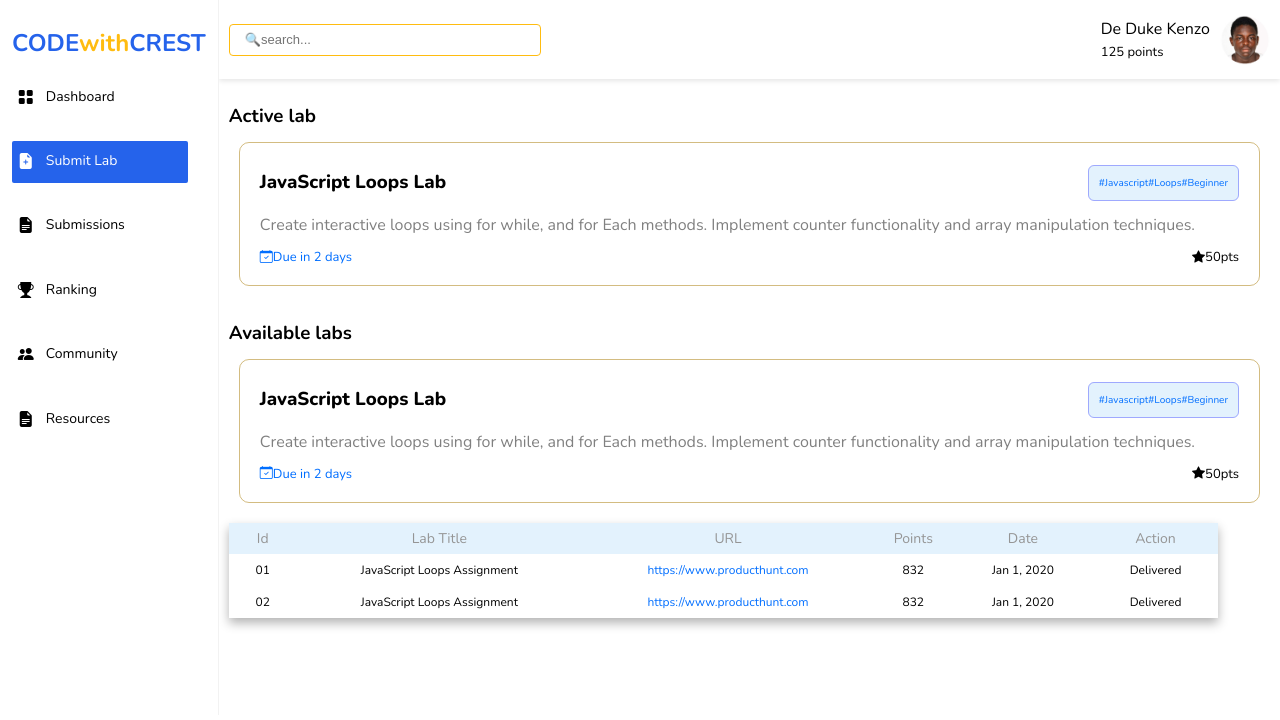
Repository: CarlTeclancing/codewithcrest
Page: /dashboard/submitlab
These files come from the project's save history. The page is drawn as it stood at one moment and after the next save; the edit follows.
The browser window is 1280 px wide. The pictures show the whole page.
The project was rebuilt for these pictures with package versions that can differ from the ones it lists, and the page was loaded fresh each time. Also part of the build but not shown: vite.config.js, src/pages/Dashboard/Dashboard.jsx, src/components/UserCard.jsx, src/pages/ranking/Ranking.jsx, src/components/GuideLines.jsx, src/pages/submission/Submission.jsx, src/components/CommunityPost.jsx, src/pages/community/Community.jsx and 12 more.

Above is the page before, as saved 2025-09-09 14:27:59.

### index.html
<!doctype html>
<html lang="en">
  <head>
    <meta charset="UTF-8" />
    <link rel="icon" type="image/svg+xml" href="./src/assets/react.svg" />
    <meta name="viewport" content="width=device-width, initial-scale=1.0" />
    <title>CODEwithCREST</title>
    <link rel="stylesheet" href="https://cdn.jsdelivr.net/npm/bootstrap-icons@1.13.1/font/bootstrap-icons.min.css">
    <!-- fonts-->
     <link rel="preconnect" href="https://fonts.googleapis.com">
     <link rel="preconnect" href="https://fonts.gstatic.com" crossorigin>
     <link href="https://fonts.googleapis.com/css2?family=Nunito:ital,wght@0,200..1000;1,200..1000&display=swap" rel="stylesheet">
  </head>
  <body>
    <div id="root"></div>
    <script type="module" src="/src/main.jsx"></script>
  </body>
</html>

### src/main.jsx
import { StrictMode } from 'react'
import { createRoot } from 'react-dom/client'
import './index.css'
import App from './App.jsx'
import 'react-responsive-modal/styles.css';


createRoot(document.getElementById('root')).render(
  <StrictMode>
    <App/>
  </StrictMode>,
)

### src/index.css
:root {
  /* CSS variables */
   --primary-color: #5B0C4E;
   --primary-color-hover: #5b0c4edc;
   --bg-color: #FFFAFE;
   --bg-white: #ffffff;
   --text-color: #262626;
   --border-color: #93B4FD;
   --bg-tab: #DECADB;

   --pending: #EA5254;
   --completed: #3CDA7D;
   --in-progress: #F9BD3B;

   --primary-white-color: white;
   --primary-black-color: black;
   --primary-error-color: red;
 }

body{
  /* border: solid 1px blue; */
  margin: 0%;
  width: 100%;
  height: auto;
  /* display: flex; */
  /* justify-content: center; */
  font-family: "Nunito", sans-serif;
  font-optical-sizing: auto;
  font-weight: 400;
  font-style: normal;
  overflow-x: hidden;
}
/* .post{
  width: 80%;
  display: flex;
  flex-direction: row;
  flex-wrap: wrap;
  align-items: center;
  justify-content: center;
}
.individual-post{
  width: 500px;
  height: auto;
  background-color: rgba(0, 0, 0, 0.05);
  margin: 12px;
  padding: 24px;
  border-radius: 12px;
  border: 1px solid rgba(0, 0, 0, 0.05);
  color: black;
} */

### src/App.jsx
import React  from 'react'
import { createBrowserRouter, RouterProvider ,Route ,Routes } from 'react-router-dom'

import Dashboard from './pages/Dashboard/Dashboard.jsx'
import Ranking from './pages/ranking/Ranking.jsx'
import Submission from './pages/submission/Submission.jsx'

import SubmitLab from './pages/submitLab/SubmitLab.jsx'
import Community from './pages/community/Community.jsx'
import Resources from './pages/resources/Resources.jsx'
import Assistant from './pages/assistant/Assistant.jsx'
import Login from './pages/auths/login/Login.jsx'
import Register from './pages/auths/register/_Register.jsx'
import PersonalInfo from './pages/auths/register/PersonalInfoForm.jsx'
import Experience from './pages/auths/register/ExperienceForm.jsx'
import Program from './pages/auths/register/ProgramForm.jsx'
import { UserProvider } from './providers/userProvider.jsx'
import DashboardLayout from './Layout/DashboardLayout.jsx'
import Subscribe from './pages/subscribe/Subscribe.jsx'

function App() {

  const router = createBrowserRouter([
    {path:'/', element:<Login />},
    // No landing page
    // Auth pages
    {path:'/login',  index:true,element:<Login />},
    {path:'/register', element:<Register />},
    {path:'/personal-information', element:<PersonalInfo />},
    {path:'/program', element:<Program />},
    {path:'/experience', element:<Experience/>},

    // Subscribtion page
    {
      path:'/subscribe',
      element:<Subscribe/>
    },

    // Dashboard pages
    {
      path:'/dashboard',
      element:<DashboardLayout/>,
      children:[
        {
          index:true,
          element:<Dashboard/>
        },
        {path:'submissions', element:<Submission />},
        {path:'submitlab', element:<SubmitLab />},
        {path:'community', element:<Community />},
        {path:'ranking', element:<Ranking />},
        {path:'resources', element:<Resources />},

      ]
    },

    // {path:'/ranking', element:<Ranking />},
    // {path:'/bugtracking', element:<BugTracking />},
    // {path:'/hello', element:<Hello />},
    // {path:'/assistant', element:<Assistant />}

  ]);

  return (
    <>
      <UserProvider>
        <RouterProvider router={router} />
      </UserProvider>
    </>
  )
}

export default App

const Temp = () => {
  return(
    <>
      testing temp comp
    </>
  )
}

### src/pages/submitLab/SubmitLab.jsx
import React ,{useState ,useEffect} from 'react'
import './submitlab.css'
import { Link } from 'react-router-dom'
import LabInfo from '../../components/LabInfo.jsx'
import { HOST_NAME } from '../../../globals.js'
import {Modal} from 'react-responsive-modal'

const lab = [
  { title: 'JavaScript Loops Lab', hashtags:['#Javascript', '#Loops' ,'#Beginner'], task:'Create interactive loops using for while, and for Each methods. Implement counter functionality and array manipulation techniques.' , deadline: 'Due in 2 days', point: '50pts' },
];

function SubmitLab() {

  const [labs , setLabs] = useState()
  const [loading ,setLoading] = useState(false)
  const [error ,setError] = useState('')
  const [showModal ,setShowModal] = useState(false)

  async function getLabs(){
    try{
      setLoading(true)
      setError('')
      const response = await fetch(`${HOST_NAME}/api/lab/user/${'user.id'}`)
      const data = await response.json()
      if(response.ok){
        // setLabs(data.labs)
      }else{
        setError(data.error)
      }

    }
    catch(e){
      console.log(e);

    }finally{
      setLoading(false)
    }
  }

  useEffect(()=>{
    // getLabs()
  },[0])

  return (
    <div className='dashboard-container'>

      <SubmitLabModal showModal={showModal} setShowModal={setShowModal} />

      <div style={{lineHeight:'100%'}}>
        <h3>Active lab</h3>
        <div className='labs-container'>
          {lab.slice(0 ,1).map((lab, index) => (
            <LabInfo
              key={index}
              title={lab.title}
              hashtags={lab.hashtags}
              task={lab.task}
              deadline={lab.deadline}
              point={lab.point}
              active={true}
              onClick={()=>setShowModal(true)}
            />
          ))}
        </div>
      </div>

      <div style={{lineHeight:'100%'}}>
        <h3>Available labs</h3>
        <div className='labs-container'>
          {lab.map((lab, index) => (
            <LabInfo
              key={index}
              title={lab.title}
              hashtags={lab.hashtags}
              task={lab.task}
              deadline={lab.deadline}
              point={lab.point}
            />
          ))}
        </div>
      </div>

      <table>
        <thead>
        <tr>
            <th>Id</th>
            <th>Lab Title</th>
            <th>URL</th>
            <th>Points</th>
            <th>Date</th>
            <th>Action</th>
        </tr>
        </thead>
        <tbody>
        <tr>
            <td>01</td>
            <td>JavaScript Loops Assignment</td>
            <td className='url'>https://www.producthunt.com</td>
            <td>832</td>
            <td>Jan 1, 2020</td>
            <td>Delivered</td>
        </tr>
        <tr>
            <td>02</td>
            <td>JavaScript Loops Assignment</td>
            <td className='url'>https://www.producthunt.com</td>
            <td>832</td>
            <td>Jan 1, 2020</td>
            <td>Delivered</td>
        </tr>
        </tbody>
      </table>

    </div>
  )
}

export default SubmitLab


const SubmitLabModal = ({showModal ,setShowModal}) =>{

  function handleChange(e){
    setInfo({...info ,[e.target.name]:e.target.value})
  }

  return(
    <>
      <Modal open={showModal} onClose={()=>setShowModal(false)} >
        <p>
          <h3 style={{textAlign:'center'}}>Submit Lab/Challenge</h3>

          <form onSubmit="">
            <div className="form-group">
              <div>
                <label htmlFor="">Title</label>
                <input
                  type="text"
                  name=''
                  onChange={handleChange}
                />
              </div>
              <div>
                <label htmlFor="">Technologies Used</label>
                <input
                  type="text"
                  name='technologiesUsed'
                  onChange={handleChange}
                />
              </div>
            </div>

            <div className="form-group">
              <div>
                <label htmlFor="">Live Preview URL</label>
                <input
                  type="url"
                  name='liveURL'
                  placeholder='https://your-project.netlify.app'
                  onChange={handleChange}
                />
              </div>
              <div>
                <label htmlFor="">GitHub Repository URL</label>
                <input
                  type="url"
                  name='githubURL'
                  placeholder='https://github.com/username/repository'
                  onChange={handleChange}
                />
              </div>
            </div>

            <div className="form-group">
              <div>
                <label htmlFor="">Lab Description</label>
                <textarea name="decription" id="decription" onChange={handleChange}></textarea>
              </div>
              <div>
                <label htmlFor="">Comments or Notes</label>
                <textarea name="comments" id="comments" onChange={handleChange}></textarea>
              </div>
            </div>

            <div style={{display:'flex', alignItems:'center'}}>
              <input style={{width:'auto'}} type="checkbox" /><label htmlFor="">Notify me when reviewed</label>
            </div>
            <br />
            <label>Challenge/Lab</label><br />
            <select style={{width:'95%', backgroundColor:'#bcbcbcff'}} name="" id="">
              <option value="">Select a Challenge</option>
            </select>
              <br /> <br />

            <div style={{display:'flex', justifyContent:'space-between'}}>
              <div style={{display:'flex', alignItems:'center'}}>
                <button className='btnl'>Clear Form</button>
                <button className='btnl'>Save as draft</button>
              </div>
              <button className='button'>Submit</button>
            </div>
          </form>

          {/* <div className="submit-option">
            <button className={`button ${location.pathname === "" ? "active" : ""}`}>Upload File</button>
            <button className={`button ${location.pathname === "" ? "active" : ""}`}>Submit Link</button>
          </div>

          <div className="upload">
            <form action="">
                <p>Drag and drop your files here! or</p>
                <input type="file" /><br />
                <span>Accepted formats: .zip, .html, .js, .py, .txt</span>
            </form>
          </div> */}
        </p>
      </Modal>
    </>
  )
}

### src/providers/userProvider.jsx
import React ,{createContext ,useState} from "react";


const UserContext = createContext()

export const UserProvider = ({children}) => {
    const [user ,setUser] = useState()

    return (<UserContext.Provider value={{user:user ,setUser:setUser}}  >{children}</UserContext.Provider>)
}

export default UserContext

### src/Layout/DashboardLayout.jsx
import React from "react";
import Sidebar from "../components/Sidebar";
import { Outlet } from "react-router-dom";
import Header from "../components/Header";
import '../styles/layout.css'


const DashboardLayout = () => {
    return(
        <React.Fragment>
            <div style={{border:'solid 0px blue',display:'flex' }}>
                <Sidebar/>

                <div style={{border:'solid 0px red' ,flex:1 ,display:'flex', flexDirection:'column'}}>
                    <div>
                        <Header/>
                    </div>
                    <div>
                        <Outlet/>
                    </div>
                </div>
            </div>

        </React.Fragment>
    )
}

export default DashboardLayout

### src/pages/Dashboard/dashboard.css
.box-updates{
  display: flex;
}
.box{
  display: flex;
  flex-direction: column;
  justify-content:center;
  width:250px ;
  max-width:250px ;
  padding: 15px;
  background-color: white;
  margin-right: 20px;
  border-radius: 5px;
  box-shadow: 0 3px 5px rgba(0, 0, 0, 0.2);
}
.yellow{
    color: #FFBC10;
}
.graph{
    margin-top: 25px;
    text-align: center;
    color: #FFBC10;
}
.updates{
  margin-top: 25px;
}
th{
  background-color: #94bbe6;
  color: #fff;
  font-size: 13px;
}
td,th{
  padding: 6px 5px;
  font-size: 14px;
}
table{
  width: 95%;
  font-size: 14px;
  box-shadow: 0 5px 10px rgba(0, 0, 0, 0.3);
  background-color: #fff;
  overflow: hidden;
  border-collapse: collapse;
  text-align: center;
}

### src/pages/ranking/ranking.css
.total-points{
    color: #2563EB;
    font-size: 19px;
    font-weight: bolder;
}
.points-earned{
    color: #16A34A;
    font-size: 19px;
    font-weight: bolder;
}
.points-lost{
    color: #DC2626;
    font-size: 19px;
    font-weight: bolder;
}
.progress{
    padding: 20px;
    width: 90%;
    display: flex;
    margin-top: 25px;
    flex-direction: column;
    background-color: white;
    border-radius: 3px;
    box-shadow: 0 3px 5px rgba(0, 0, 0, 0.2);
}
progress{
  width: 100%;
  height: 8px;
  border-radius: 10px;
  overflow: hidden;
  appearance: none;
}
progress::-webkit-progress-bar {
    height: 8px;
    border-radius: 10px;
    background-color: #eee;
}
progress::-webkit-progress-value {
  background-color: #2563EB;
  border-radius: 10px;
  height: 8px;
}
.bottom-line{
    display: flex;
    justify-content: space-between;
}
.blue{
    color: #2563EB;
}
.top-coders{
    padding: 20px !important;
    display: flex;
    width: 90%;
    display: flex;
    margin-top: 25px;
    flex-direction: column;
    background-color: white;
    border-radius: 3px;
    box-shadow: 0 3px 8px rgba(0, 0, 0, 0.2);
}
.first-line{
    display: flex;
    align-items: center;
    justify-content: space-between;
}
.box .p{
    color: #959595;
}
.first-line a{
    color: white;
    padding: 8px 10px;
    border-radius: 5px;
    text-decoration: none;
    background-color: #2563EB;
}
.leader-board{
    display: flex;
    margin: 10px 0;
}
.user-card {
  display: flex;
  flex-direction: column;
  align-items: center;
  justify-content: space-between;
  background-color: #f5e2b3;
  border:  1px solid #FFBC10;
  border-radius: 12px;
  padding: 10px 16px;
  margin-right: 20px;
  width: 150px;
}
.profile-pic {
  width: 70px;
  height: 50px;
  border-radius: 50%;
  margin:0;
}
.user-info {
  width: 97%;
  display: flex;
  align-items: center;
  justify-content: space-between;
}
.user-name{
    margin: 0%;
}
.user-points{
    margin: 0%;
}
.taple-point{
    color: #16A34A;
}
.filter{
    display: flex;
}
select{
    padding: 5px 10px;
    margin-left: 10px;
    outline: none;
}

### src/components/LabInfo.jsx
import React from 'react'

function LabInfo({ title, hashtags, task, deadline, point }) {
  return (
    <div className='lab-info'>
        <div>
            <div className="headline">
                <h3>{title}</h3>
                <div >
                    <span className="hashtags">{hashtags}</span>
                </div>
            </div>
            <p className='task'>{task}</p>
            <div className="bottom-line">
                <div className="deadline">
                    <i class="bi bi-calendar-check"></i>
                    <span>{deadline}</span>
                </div>
                <div className="points">
                    <i class="bi bi-star-fill"></i>
                    <span>{point}</span>
                </div>
            </div>
        </div>
    </div>
  )
}

export default LabInfo

### src/pages/community/community.css
.community-page{
    display: flex;
    gap: 20px;
    /* padding-right: 20px; */
}
.form-post span{
    margin-right: 10px;
}
.left-side{
    /* width: 60%; */
    flex: 1;
    display: flex;
    /* margin-right: 20px; */
    flex-direction: column;
}
.right-side{
    width: 250px;
    display: flex;
    flex-direction: column;
    font-size: small;
    gap: 15px;
}
.firstline{
    display: flex;
    align-items: center;
}
.contributor-info{
    display: flex;
    flex-direction: column;
    /* border: solid 1px red; */
    padding: 0;
    margin: 0;
    line-height: normal;
}
.contributors img{
  width: 40px;
  height: 40px;
  background-color: rgba(0,0,0,0.2);
  border-radius: 50%;
  margin-right: 20px;
}
input{
    height: 23px;
}
textarea{
    height: 70px;
}
input, textarea{
    width:90%;
    outline: none;
    padding: 5px 10px;
    border-radius: 3px;
    border: 1px solid #959595;
}
.bottom{
    display: flex;
    align-items: center;
    justify-content: space-between;
}
.add a{
    color: #959595;
    margin-right: 15px;
    text-decoration: none;
}
.bottom button{
    color: white;
    padding: 8px 12px;
    border-radius: 6px;
    border: 1px solid #9b83fc;
    background-color: #9b83fc;
}
.trends{
    display: flex;
    justify-content: space-between;
}
.hashtag{
    color: #9b83fc;
}
.top-contributors{
    display: flex;
    flex-direction: column;
    gap: 7px;
}
.contributors, .top-contributors{
    margin: 0% !important;
}
.contributors{
    display: flex;
    align-items: center;
}
.contributor-point{
    color: #959595;
}
.suggestion{
    padding: 5px 10px;
    margin-bottom: 10px;
    border-radius: 4px;
    background-color: #f3f2f2;
}
.level-name{
    color: #16A34A;
}
.suggestion p, .level-point{
    color: #959595;
}
.post-profile{
    display: flex;
    padding: 10px 0px;
    align-items: center;
    gap: 5px;
}
.form-post{
    padding: 0px 20px;
    border-radius: 3px;
    border: 1px solid #959595;
}
.post-profile img{
    width: 45px;
    height: 45px;
    background-color: rgba(0,0,0,0.2);
    border-radius: 20px;
}
.post-profile .name{
    font-weight: bold;
}
.post-profile .time{
    font-size: small;
    color: grey;
}
.post-profile-info{
    display: flex;
    flex-direction: column;
}

### src/components/Sidebar.jsx
import React from 'react'
import { Link  ,useLocation } from 'react-router-dom'
import '../styles/sideBarStyles.css'


function Sidebar() {

   const location = useLocation()

  return (
    <div className='sidebar-admin'>
         <h2 className="logo p-10"><span>CODE</span>with<span>CREST</span></h2>
         <div className="navbar p-10">
               <Link className={`section ${location.pathname === "/dashboard" ? "active" : ""}`} to="/dashboard" >
                  <i className="bi bi-grid-fill"></i>
                  <span className='nav-element'>Dashboard</span>

               </Link>
               <Link className={`section ${location.pathname === "/dashboard/submitlab" ? "active" : ""}`} to="/dashboard/submitlab">
                  <i class="bi bi-file-earmark-plus-fill"></i>
                  <span className='nav-element'>Submit Lab</span>
               </Link>
               <Link className={`section ${location.pathname === "/dashboard/submissions" ? "active" : ""}`} to="/dashboard/submissions">
                  <i class="bi bi-file-earmark-text-fill"></i>
                  <span className='nav-element'>Submissions</span>
               </Link>
               <Link className={`section ${location.pathname === "/dashboard/ranking" ? "active" : ""}`} to="/dashboard/ranking">
                  <i class="bi bi-trophy-fill"></i>
                  <span className='nav-element'>Ranking</span>
               </Link>
               <Link className={`section ${location.pathname === "/dashboard/community" ? "active" : ""}`} to="/dashboard/community">
                  <i class="bi bi-people-fill"></i>
                  <span className='nav-element'>Community</span>
               </Link>
               <Link className={`section ${location.pathname === "/dashboard/resources" ? "active" : ""}`} to="/dashboard/resources">
                  <i class="bi bi-file-earmark-text-fill"></i>
                  <span className='nav-element'>Resources</span>
               </Link>
               {/* <Link className={`section ${location.pathname === "/dashboard/assistant" ? "active" : ""}`} to="/dashboard/assistant">
                  <i class="bi bi-file-earmark-text-fill"></i>
                  <span className='nav-element'>Assistant</span>
               </Link> */}
         </div>

      </div>
  )
}

export default Sidebar

### src/components/Header.jsx
import React ,{useState ,useEffect} from 'react'
// import  './layout.css'
import Img1 from '../assets/img1.jpg'


function Header() {

  const [showMenu ,setShowMenu] = useState(false)

  useEffect(()=>{
    if(window.innerWidth <= 500){
      setShowMenu(true)
    }
  },[window.innerWidth])
  console.log(showMenu);


  return (
    <div className='head'>
      {/* {showMenu && <div>
          <span className='bi bi-menu'>🍺</span>
      </div>} */}

      {/* <h2 className="logo"><span>CODE</span>with<span>CREST</span></h2> */}
        <div>
          <span style={{display:'flex', alignItems:'center'}}>
            <input type="text"  className='search' placeholder='🔍search...  '/>
          </span>
        </div>

        <div className="profile" style={{cursor:'pointer'}}>
            <p className='name'>De Duke Kenzo<br/><span className='points'>125 points</span></p>
            <img src={Img1} alt="" />
        </div>
    </div>
  )
}

export default Header

### src/styles/layout.css

.guidelines{
  /* border: solid 1px cyan; */
  padding: 5px;
}
.guide{
  width: 250px;
  border-radius: 10px;
  font-size: small;
  border: 1px solid #93B4FD;
  background-color: #F0F9FF;
  padding:10px;
  display: flex;
  flex-direction: column;
  color: grey;
}
.guide h3{
  color: black;
  /* line-height: normal; */
}
.guide ul{
  list-style: none;
}
.guide-container{
  /* width: 100%; */
  display: flex;
  flex-wrap: wrap;
  gap: 15px;
  /* justify-content: space-between; */
}
.guide-container div:first-child{
  border-left: 4px solid var(--primary-color);
}
.guide-container div:nth-child(2){
  border-left: 4px solid var(--primary-error-color);
  /* margin-left: 12px; */
}
.guide-container div:nth-child(3){
  border-left: 4px solid var(--completed);
  /* margin-left: 12px; */
}

.nav-element{
  margin-left: 12px;
  font-size: 14px;
  width: 100%;
}

.head{
  padding: 10px;
  height:59px;
  /* width: 98%; */
  display: flex;
  align-items: center;
  justify-content: space-between !important;
  background-color: #ffffff;
  box-shadow: 0 2px 5px rgba(0, 0, 0, 0.1);
}

.icon{
  margin-right: 10px;
}
.search{
  width: 280px;
  height: 30px;
  outline: none;
  border-radius: 4px;
  border: 1px solid #FFBC10;
  padding: 0 15px;
}
.profile{
  display: flex;
  align-items: center;
}
.profile img{
  width: 50px;
  border-radius: 50%;
  margin-left: 10px;
}

.dashboard-container{
  padding: 10px;
  padding-bottom: 50px;
  /* border: solid 1px green; */
  overflow: auto;
  display: flex;
  flex-direction: column;
  gap: 20px;
}

### src/styles/sideBarStyles.css
.sidebar-admin{
  top: 0;
  max-width: 200px;
  display: flex;
  padding: 12px;
  flex-direction: column;
  background-color: #ffffff;
  scroll-behavior: smooth;
  border-right: solid 1px rgba(0,0,0,0.05);
  /* border: solid 1px red; */
  position: sticky;
  height: 96vh;
}
.sidebar-admin a{
  text-decoration: none;
  color: black;
  margin-bottom: 20px;
  background-color: rgba(255, 255, 255, 0.527);
  border-radius: 3px;
  transition: 0.3s, color 0.3s;
  display: flex;
}
.navbar{
  display: flex;
  flex-direction: column;
  justify-content: space-between;
}
.logo{
 margin:0px;
 font-weight: bolder;
 color: #FFBC10;
 line-height: normal;
 padding: 15px 0px;
}
.logo span{
  color: #2563EB;
}
.section{
  margin: 3px 0;
  width: 85%;
  padding: 5% 3%;
  border-radius: 2px;
}
.section:hover, .section.active{
  cursor: pointer;
  border-radius: 2px;
  color: white;
  background-color: #2563EB;
}

@media screen and (max-width:500px) {
.sidebar-admin{
  border: solid 1px red;
  padding: 0px;
  max-width: 0px;
  overflow: hidden;
}

}

Loaded but not shown: globals.js (3 lines, source omitted); src/pages/resources/resource.css (164 lines, source omitted); src/pages/submitLab/submitlab.css (134 lines, source omitted)

After the next save:
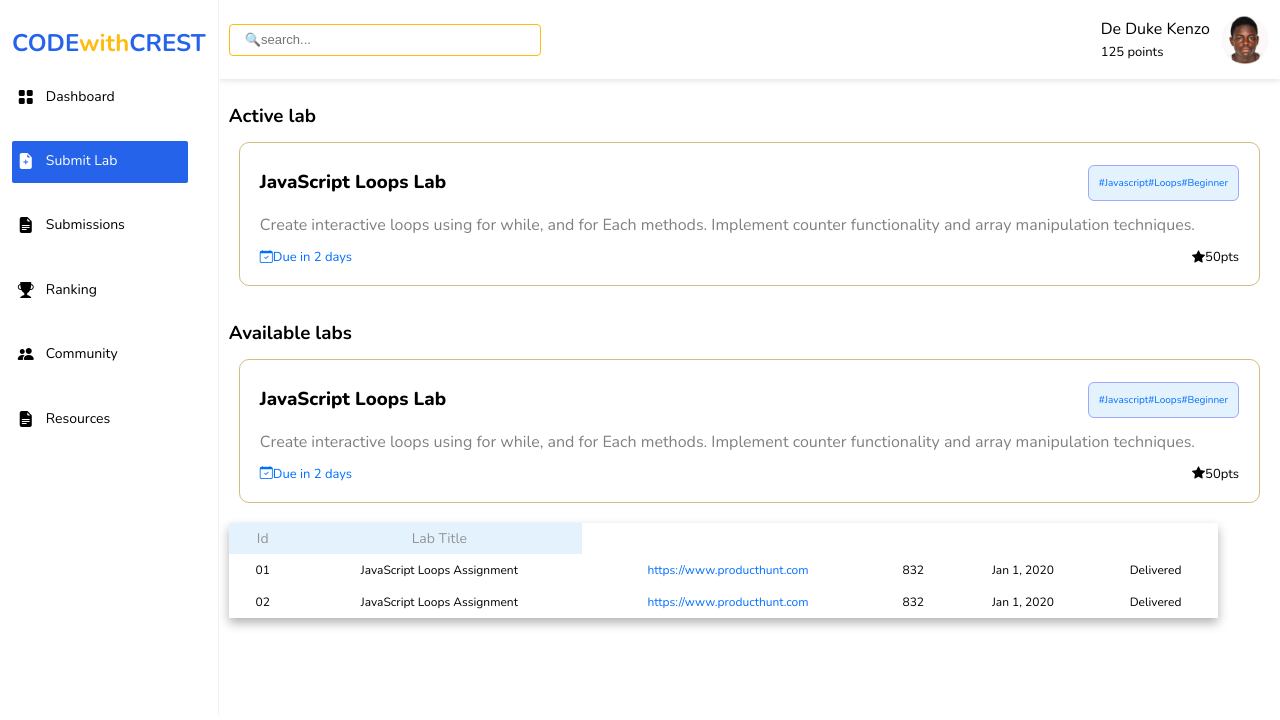
Saved 49 s later.
--- a/src/pages/submitLab/SubmitLab.jsx
+++ b/src/pages/submitLab/SubmitLab.jsx
@@ -85,10 +85,6 @@ function SubmitLab() {
         <tr>
             <th>Id</th>
             <th>Lab Title</th>
-            <th>URL</th>
-            <th>Points</th>
-            <th>Date</th>
-            <th>Action</th>
         </tr>
         </thead>
         <tbody>
